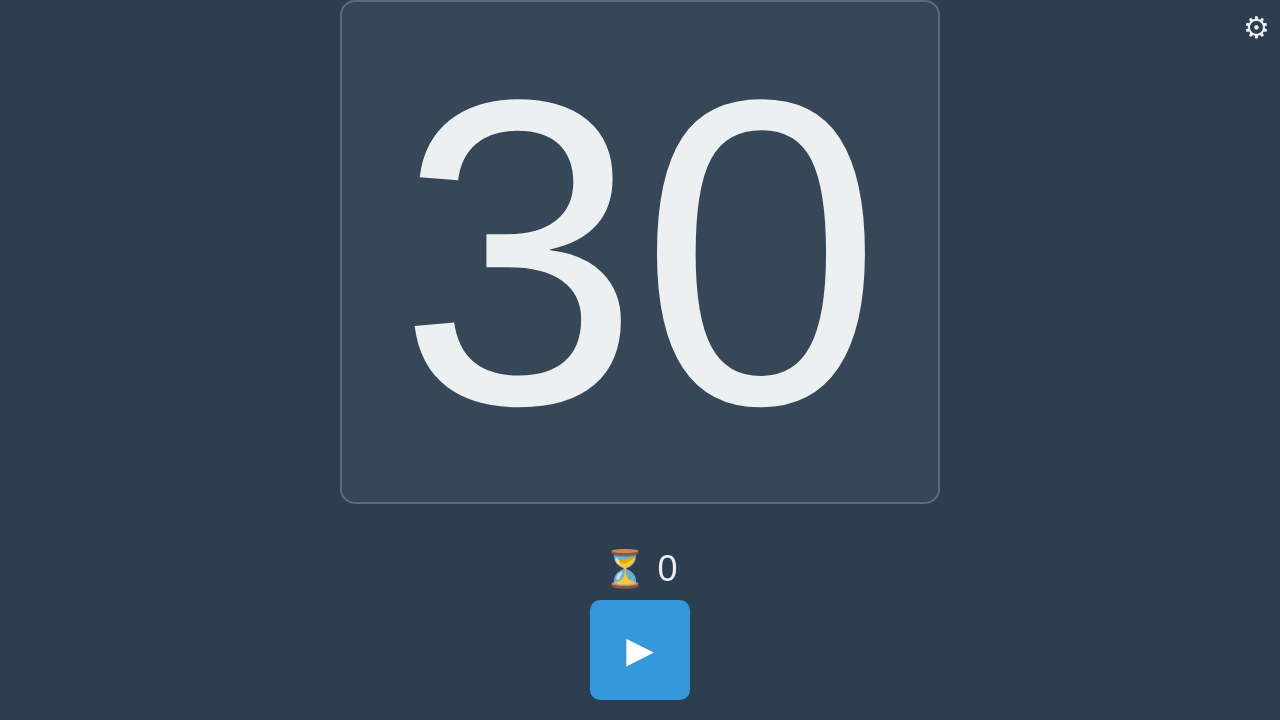
Repository: STnaidoo/poker-shot-clock
Page: index.html
An editor plug-in stored every save of this project. The page is shown before and after the next save, followed by the edit.
The browser window is 1280 px wide. The pictures show the whole page.

Above is the page before, as saved 2024-10-31 17:39:09.

After the next save:
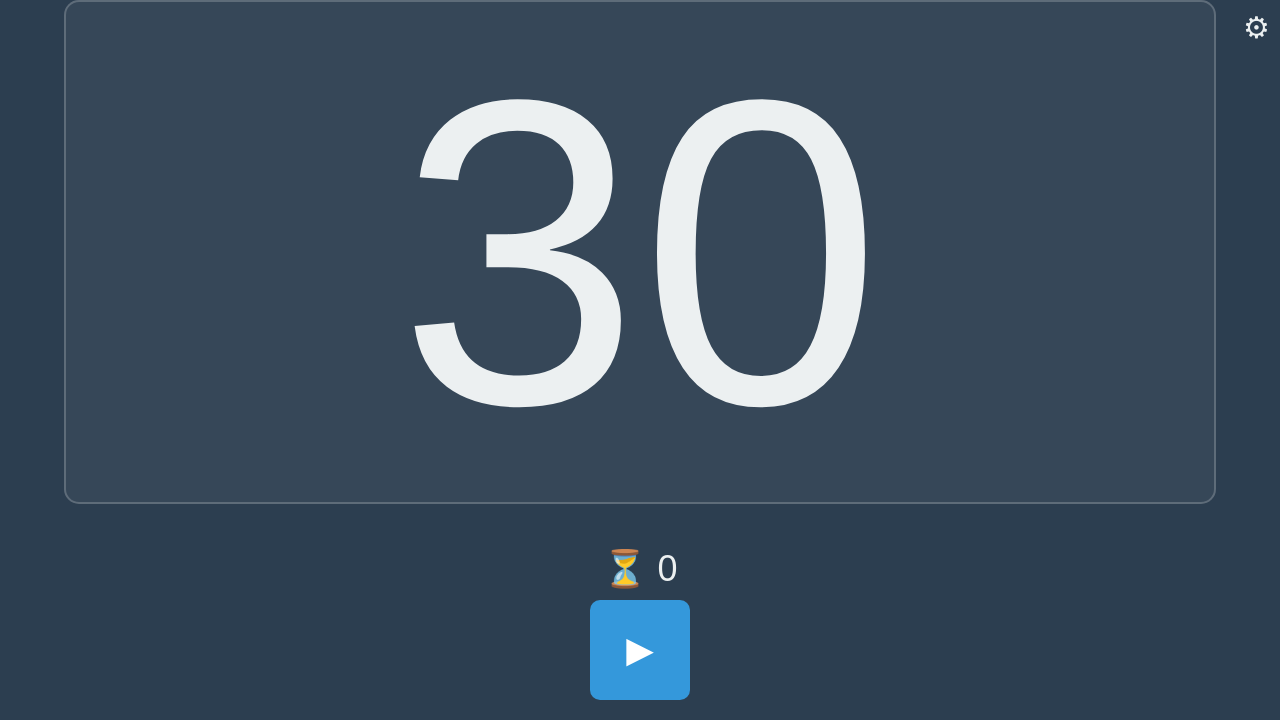
Saved 16 s later.
--- a/index.html
+++ b/index.html
@@ -43,7 +43,6 @@
             background-color: rgba(255, 255, 255, 0.05);
             transition: border-color 0.3s, background-color 0.3s;
             width: 90%;
-            max-width: 600px;
             height: 100%; /* Fill the height of mainContent */
             box-sizing: border-box;
             display: flex;
